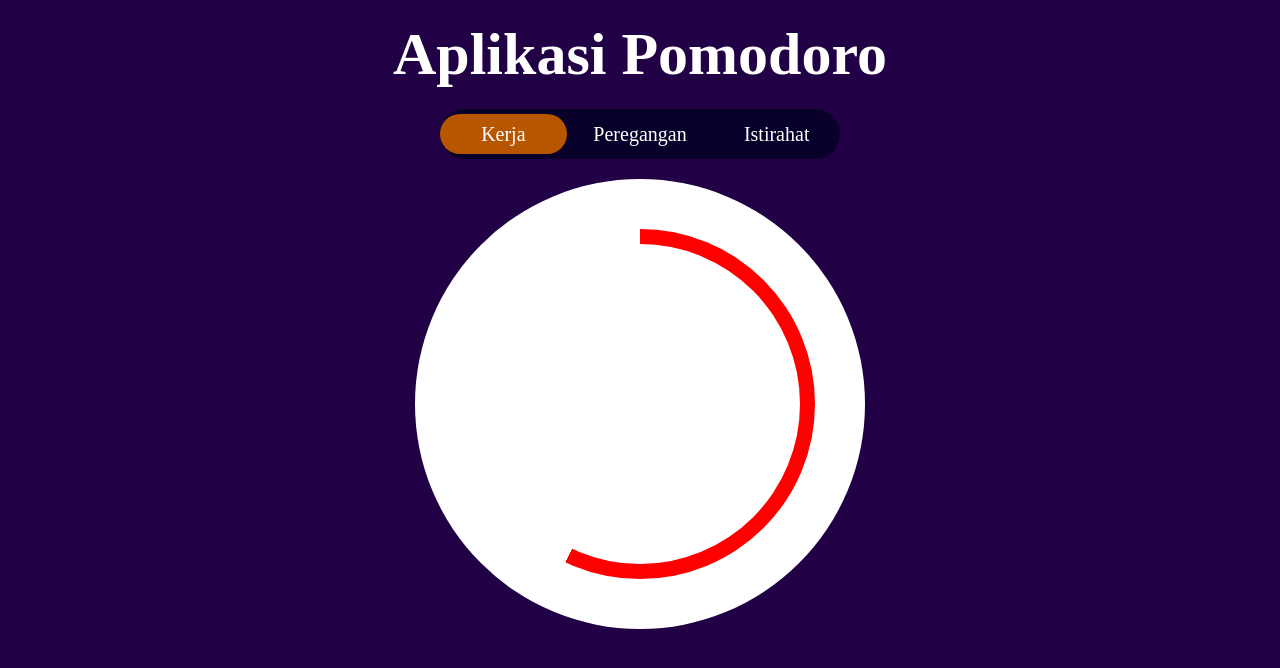
Repository: sellayspy/aplikasiPomodoro
Page: /
These files come from the project's save history. The page is drawn as it stood at one moment and after the next save; the edit follows.
The browser window is 1280 px wide. The pictures show the whole page.
The project was rebuilt for these pictures with package versions that can differ from the ones it lists, and the page was loaded fresh each time. Also part of the build but not shown: vite.config.js.

Above is the page before, as saved 2024-11-25 13:50:00.

After the next save:
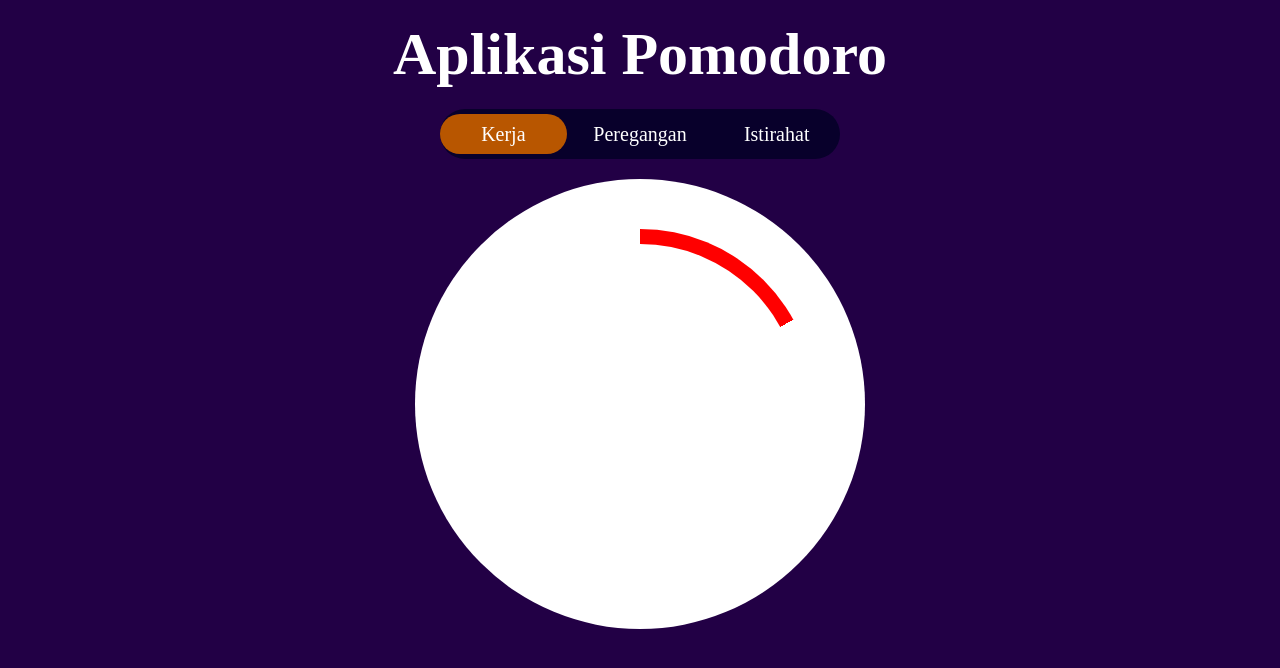
Saved 4 s later.
--- a/src/components/TimerProgress.jsx
+++ b/src/components/TimerProgress.jsx
@@ -3,7 +3,7 @@ import { RiProgress1Fill } from "react-icons/ri";
 import styled from "styled-components";
 
 const TimerProgress = () => {
-  const [progress, setProgress] = useState(57);
+  const [progress, setProgress] = useState(17);
 
   return (
     <OuterCircle progress={progress}>
